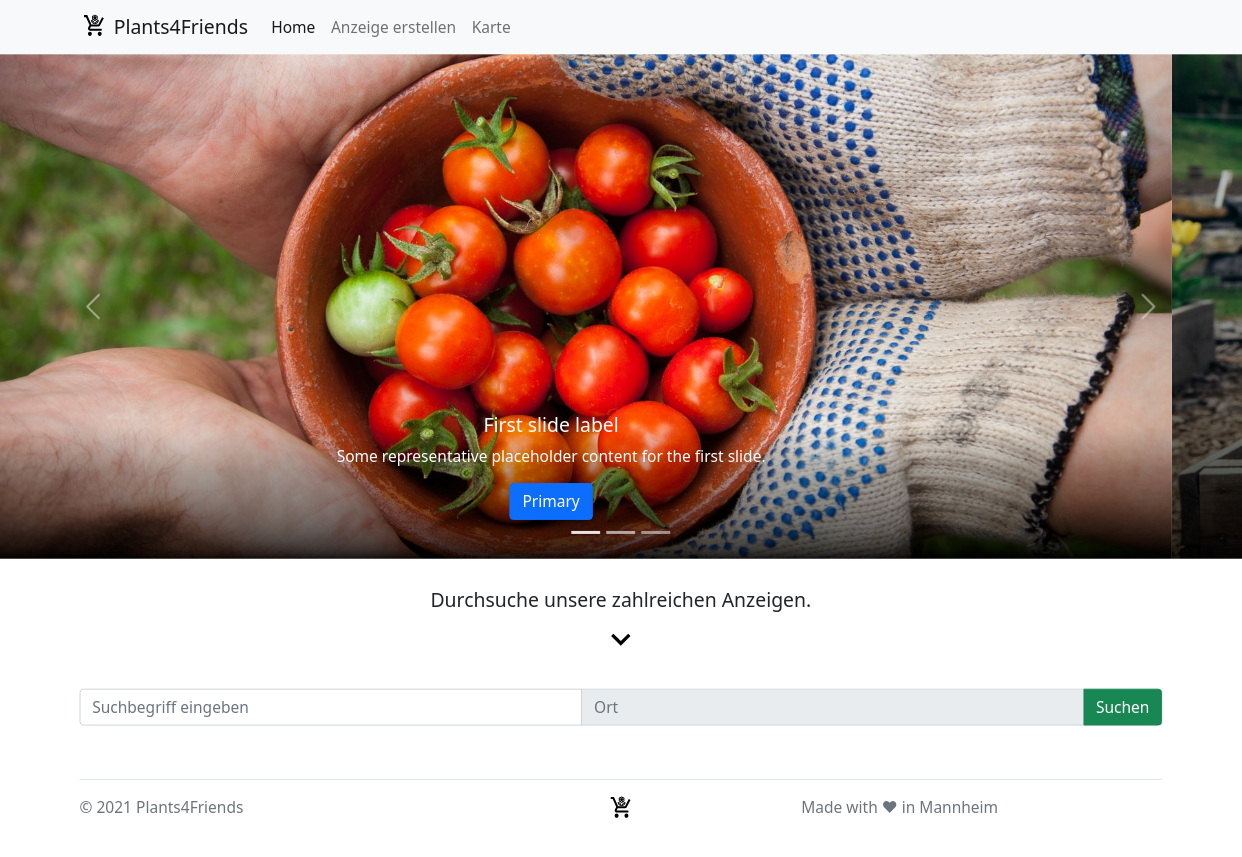
Repository: Carlson43/PlantsForFriends
Page: Website/index.html
An editor plug-in stored every save of this project. The page is shown before and after the next save, followed by the edit.
The browser window is 1280 px wide. The pictures show the whole page, at 97% of full size.

Above is the page before, as saved 2022-01-13 12:51:52.

### Website/index.html
<!doctype html>
<html lang="en">
  <head>
      <!-- Required meta tags -->
      <meta charset="utf-8">
      <meta name="viewport" content="width=device-width, initial-scale=1">

      <!-- Referencing Backend -->
      <script src="https://code.jquery.com/jquery-3.6.0.js"> </script>
      <script src="./Backend.js"> </script>

      <!-- Bootstrap CSS -->
      <link href="https://cdn.jsdelivr.net/npm/bootstrap@5.1.3/dist/css/bootstrap.min.css" rel="stylesheet" integrity="sha384-1BmE4kWBq78iYhFldvKuhfTAU6auU8tT94WrHftjDbrCEXSU1oBoqyl2QvZ6jIW3" crossorigin="anonymous">

      <!-- Custom Carousel CSS -->
      <style>
        .img-responsive {
        max-width: 100%; /* or to whatever you want here */
        max-height: auto; /* or to whatever you want here */
      }
      </style>

      <!-- Custom Divider CSS -->
      <link rel="stylesheet" href="divider.css">

    <title>Welcome @ Plants4Friends</title>

    <!-- Favicon -->
    <link rel="icon" type="image/x-icon" href="./Design-Ressourcen/flower.svg">
  </head>

  <body>
    <!-- Navbar -->
    <nav class="navbar navbar-expand-lg navbar-light bg-light">
        <div class="container fluid">
            <!-- Navabr Logo and Brandname -->
            <a class="navbar-brand" href="#">
                <img src="./Design-Ressourcen/logo.svg" alt="" width="30" height="24" class="d-inline-block align-text-top">
                Plants4Friends
            </a>
            <!-- Toggler for Expandsion -->
            <button class="navbar-toggler" type="button" data-bs-toggle="collapse" data-bs-target="#navbarNav" aria-controls="navbarNav" aria-expanded="false" aria-label="Toggle navigation">
                <span class="navbar-toggler-icon"></span>
            </button>
            <!-- Navigation Links -->
            <div class="collapse navbar-collapse" id="navbarNav">
                <div class="navbar-nav">
                    <a class="nav-link active" aria-current="page" href="index.html">Home</a>
                    <a class="nav-link" href="./create.html">Anzeige erstellen</a>
                    <a class="nav-link" href="./map.html">Karte</a>
                </div>
            </div>
        </div>
    </nav>

    <!-- Carousel -->
    <div id="carouselExampleCaptions" class="carousel slide" data-bs-ride="carousel">
        <!-- Slide Indicators -->
        <div class="carousel-indicators">
          <button type="button" data-bs-target="#carouselExampleCaptions" data-bs-slide-to="0" class="active" aria-current="true" aria-label="Slide 1"></button>
          <button type="button" data-bs-target="#carouselExampleCaptions" data-bs-slide-to="1" aria-label="Slide 2"></button>
          <button type="button" data-bs-target="#carouselExampleCaptions" data-bs-slide-to="2" aria-label="Slide 3"></button>
        </div>
        <!-- Carousel Slide Content -->
        <div class="carousel-inner">
          <!-- First Slide (starts with an active state) -->
          <div class="carousel-item active">
            <img src="./Design-Ressourcen/Bilder/carousel02-cut.jpg" class="img-responsive" alt="...">
            <!-- Text / Content Box -->
            <div class="carousel-caption d-none d-sm-block">
                <h5>First slide label</h5>
                <p>Some representative placeholder content for the first slide.</p>
                <button type="button" class="btn btn-primary">Primary</button>
            </div>
          </div>
          <!-- Second Slide -->
          <div class="carousel-item">
            <img src="./Design-Ressourcen/Bilder/carousel03-cut.jpg" class="d-block w-100" alt="...">
            <!-- Text / Content Box -->
            <div class="carousel-caption d-none d-sm-block">
                <h5>Second slide label</h5>
                <p>Some representative placeholder content for the second slide.</p>
                <button type="button" class="btn btn-outline-light">Light</button>
            </div>
          </div>
          <!-- Third Slide -->
          <div class="carousel-item">
            <img src="./Design-Ressourcen/Bilder/carousel04-cut.jpg" class="d-block w-100" alt="...">
            <!-- Text / Content Box -->
            <div class="carousel-caption d-none d-sm-block">
                <h5>Third slide label</h5>
                <p>Some representative placeholder content for the third slide.</p>
                <button type="button" class="btn btn-light">Light</button>
            </div>
          </div>
        </div>
        <!-- Left Button for previous Slide -->
        <button class="carousel-control-prev" type="button" data-bs-target="#carouselExampleCaptions" data-bs-slide="prev">
          <span class="carousel-control-prev-icon" aria-hidden="true"></span>
          <span class="visually-hidden">Previous</span>
        </button>
        <!-- Right Button for next Slide -->
        <button class="carousel-control-next" type="button" data-bs-target="#carouselExampleCaptions" data-bs-slide="next">
          <span class="carousel-control-next-icon" aria-hidden="true"></span>
          <span class="visually-hidden">Next</span>
        </button>
    </div>

    <div class="h-divider"></div>

    <!-- Small Text -->
    <div class="container-md text-center">
      <h5>Durchsuche unsere zahlreichen Anzeigen.</h5>
      <img src="./Design-Ressourcen/expand_more.svg" class="mx-auto d-block" alt="" style="height: 40px" >
    </div>

    <div class="h-divider"></div>

    <!-- Alert -->
    <div class="alert alert-info"  role="alert" id = "alert" hidden>
      <p class="text-center">
       <i class="fa fa-exclamation-triangle" aria-hidden="true"></i>Einen Moment bitte, Sie werden weitergeleitet.
      </p>
  </div>

  <div class="alert alert-warning"  role="alert" id = "not_found" color = red hidden>
    <p class="text-center">
     <i class="fa fa-exclamation-triangle" aria-hidden="true"></i>Ihre Suche hat leider keine Ergebnisse ergeben.
    </p>
</div>


    <!-- Input / Search Group -->
      <div class="container-md">
        <div class="input-group">
          <!-- General Search Input -->
          <input type="text" placeholder="Suchbegriff eingeben" aria-label="search_term" id="search_term" class="form-control">
          <!-- Location Search Input - Diabled due to no working implementation -->
          <input type="text" placeholder="Ort" aria-label="search_loc" id="search_loc" class="form-control" disabled>
          <!-- Search Button -->
          <button onclick= "search_and_display();" class="btn btn-success" type="button" id="search_btn">Suchen</button>
        </div>
    </div>

    <div class="h-divider"></div>


    <!-- Container Layout Demo -->
    <div class="container-md">
        <div class="row">
          <div class="col">
                <!-- Card Element 1-->
                <div class="card" style="width: 18rem;" id = "Card0" hidden>
                  <!-- Heading image -->
                  <img src="./Design-Ressourcen/Bilder/carrots.jpg" class="card-img-top" alt="...">
                  <div class="card-body">
                      <h5 class="card-title" id = "Card0title">Überschrift</h5>
                      <h5 class="card-title" id = "Card0key" hidden>f</h5>
                      <h6 class="card-subtitle mb-2 text-muted" id = "Card0price">Preis in €</h6>
                      <h6 class="card-subtitle mb-2 text-muted" id = "Card0contact">Kontaktmöglichkeit</h6>
                      <p class="card-text" id = "Card0text">Die Beschreibung der Anzeige soll hier dann erscheinen. Vielleicht ist die Größe aber ein Limit. Naja, das lässt sich bestimmt irgendiwe Lösen</p>
                       <!-- Detail Button -->
                      <a  class="btn btn-primary" onclick = "alert();addKey0();setTimeout(myURL, 4000);">Details ></a>
                  </div>
                </div>
          </div>
          <div class="col">
            <!-- Card Element 2-->
            <div class="card" style="width: 18rem;" id = "Card1" hidden>
              <!-- Heading image -->
              <img src="./Design-Ressourcen/Bilder/carrots.jpg" class="card-img-top" alt="...">
              <div class="card-body">
                  <h5 class="card-title" id = "Card1title">Überschrift</h5>
                  <h5 class="card-title" id = "Card1key" hidden>f</h5>
                  <h6 class="card-subtitle mb-2 text-muted" id = "Card1price">Preis in €</h6>
                  <h6 class="card-subtitle mb-2 text-muted" id = "Card1contact">Kontaktmöglichkeit</h6>
                  <p class="card-text" id = "Card1text">Die Beschreibung der Anzeige soll hier dann erscheinen. Vielleicht ist die Größe aber ein Limit. Naja, das lässt sich bestimmt irgendiwe Lösen</p>
                  <!-- Detail Button -->
                  <a class="btn btn-primary" onclick = "alert();addKey1();setTimeout(myURL, 4000);">Details ></a>
              </div>
            </div>
          </div>
          <div class="col">
            <!-- Card Element 3-->
            <div class="card" style="width: 18rem;" id = "Card2" hidden>
              <!-- Heading image -->
              <img src="./Design-Ressourcen/Bilder/carrots.jpg" class="card-img-top" alt="...">
              <div class="card-body">
                  <h5 class="card-title" id = "Card2title">Überschrift</h5>
                  <h5 class="card-title" id = "Card2key" hidden>f</h5>
                  <h6 class="card-subtitle mb-2 text-muted" id = "Card2price">Preis in €</h6>
                  <h6 class="card-subtitle mb-2 text-muted" id = "Card2contact">Kontaktmöglichkeit</h6>
                  <p class="card-text" id = "Card2text">Die Beschreibung der Anzeige soll hier dann erscheinen. Vielleicht ist die Größe aber ein Limit. Naja, das lässt sich bestimmt irgendiwe Lösen</p>
                  <!-- Detail Button -->
                  <a class="btn btn-primary" onclick = "alert();addKey2();setTimeout(myURL, 4000);">Details ></a>
              </div>
            </div>
          </div>
        </div>
        <div class="row">
          <div class="col">
                <!-- Card Element 4-->
                <div class="card" style="width: 18rem;" id = "Card3" hidden>
                  <!-- Heading image -->
                  <img src="./Design-Ressourcen/Bilder/carrots.jpg" class="card-img-top" alt="...">
                  <div class="card-body">
                      <h5 class="card-title" id = "Card3title">Überschrift</h5>
                      <h5 class="card-title" id = "Card3key" hidden></h5>
                      <h6 class="card-subtitle mb-2 text-muted" id = "Card3price">Preis in €</h6>
                      <h6 class="card-subtitle mb-2 text-muted" id = "Card3contact">Kontaktmöglichkeit</h6>
                      <p class="card-text" id = "Card3text">Die Beschreibung der Anzeige soll hier dann erscheinen. Vielleicht ist die Größe aber ein Limit. Naja, das lässt sich bestimmt irgendiwe Lösen</p>
                      <!-- Detail Button -->
                      <a  class="btn btn-primary" onclick = "alert();addKey3();setTimeout(myURL, 4000);">Details ></a>
                  </div>
                </div>
          </div>
          <div class="col">
            <!-- Card Element 5-->
            <div class="card" style="width: 18rem;" id = "Card4" hidden>
              <!-- Heading image -->
              <img src="./Design-Ressourcen/Bilder/carrots.jpg" class="card-img-top" alt="...">
              <div class="card-body">
                  <h5 class="card-title" id = "Card4title">Überschrift</h5>
                  <h5 class="card-title" id = "Card4key" hidden></h5>
                  <h6 class="card-subtitle mb-2 text-muted" id = "Card4price">Preis in €</h6>
                  <h6 class="card-subtitle mb-2 text-muted" id = "Card4contact">Kontaktmöglichkeit</h6>
                  <p class="card-text" id = "Card4text">Die Beschreibung der Anzeige soll hier dann erscheinen. Vielleicht ist die Größe aber ein Limit. Naja, das lässt sich bestimmt irgendiwe Lösen</p>
                  <!-- Detail Button -->
                  <a class="btn btn-primary" onclick = "alert();addKey4();setTimeout(myURL, 4000);">Details ></a>
              </div>
            </div>
          </div>
          <div class="col">
            <!-- Card Element 6-->
            <div class="card" style="width: 18rem;" id = "Card5" hidden>
              <!-- Heading image -->
              <img src="./Design-Ressourcen/Bilder/carrots.jpg" class="card-img-top" alt="...">
              <div class="card-body">
                  <h5 class="card-title" id = "Card0title">Überschrift</h5>
                  <h5 class="card-title" id = "Card5key" hidden></h5>
                  <h6 class="card-subtitle mb-2 text-muted" id = "Card5price">Preis in €</h6>
                  <h6 class="card-subtitle mb-2 text-muted" id = "Card5contact">Kontaktmöglichkeit</h6>
                  <p class="card-text" id = "Card5text">Die Beschreibung der Anzeige soll hier dann erscheinen. Vielleicht ist die Größe aber ein Limit. Naja, das lässt sich bestimmt irgendiwe Lösen</p>
                  <!-- Detail Button -->
                  <a class="btn btn-primary" onclick = "alert();addKey5();setTimeout(myURL, 4000);">Details ></a>
              </div>
            </div>
          </div>
        </div>
        <div class="row">
          <div class="col">
                <!-- Card Element 7-->
                <div class="card" style="width: 18rem;" id = "Card6" hidden>
                  <!-- Heading image -->
                  <img src="./Design-Ressourcen/Bilder/carrots.jpg" class="card-img-top" alt="...">
                  <div class="card-body">
                      <h5 class="card-title" id = "Card6title">Überschrift</h5>
                      <h5 class="card-title" id = "Card6key" hidden></h5>
                      <h6 class="card-subtitle mb-2 text-muted" id = "Card6price">Preis in €</h6>
                      <h6 class="card-subtitle mb-2 text-muted" id = "Card6contact">Kontaktmöglichkeit</h6>
                      <p class="card-text" id = "Card6text">Die Beschreibung der Anzeige soll hier dann erscheinen. Vielleicht ist die Größe aber ein Limit. Naja, das lässt sich bestimmt irgendiwe Lösen</p>
                      <!-- Detail Button -->
                      <a  class="btn btn-primary" onclick = "alert();addKey6();setTimeout(myURL, 4000);">Details ></a>
                  </div>
                </div>
          </div>
          <div class="col">
            <!-- Card Element 8-->
            <div class="card" style="width: 18rem;" id = "Card7" hidden>
              <!-- Heading image -->
              <img src="./Design-Ressourcen/Bilder/carrots.jpg" class="card-img-top" alt="...">
              <div class="card-body">
                  <h5 class="card-title" id = "Card7title">Überschrift</h5>
                  <h5 class="card-title" id = "Card7key" hidden></h5>
                  <h6 class="card-subtitle mb-2 text-muted" id = "Card7price">Preis in €</h6>
                  <h6 class="card-subtitle mb-2 text-muted" id = "Card7contact">Kontaktmöglichkeit</h6>
                  <p class="card-text" id = "Card7text">Die Beschreibung der Anzeige soll hier dann erscheinen. Vielleicht ist die Größe aber ein Limit. Naja, das lässt sich bestimmt irgendiwe Lösen</p>
                  <!-- Detail Button -->
                  <a class="btn btn-primary" onclick = "alert();addKey7();setTimeout(myURL, 4000);">Details ></a>
              </div>
            </div>
          </div>
          <div class="col">
            <!-- Card Element 9 -->
            <div class="card" style="width: 18rem;" id = "Card8" hidden>
              <!-- Heading image -->
              <img src="./Design-Ressourcen/Bilder/carrots.jpg" class="card-img-top" alt="...">
              <div class="card-body">
                  <h5 class="card-title" id = "Card8title">Überschrift</h5>
                  <h5 class="card-title" id = "Card8key" hidden></h5>
                  <h6 class="card-subtitle mb-2 text-muted" id = "Card8price">Preis in €</h6>
                  <h6 class="card-subtitle mb-2 text-muted" id = "Card8contact">Kontaktmöglichkeit</h6>
                  <p class="card-text" id = "Card8text">Die Beschreibung der Anzeige soll hier dann erscheinen. Vielleicht ist die Größe aber ein Limit. Naja, das lässt sich bestimmt irgendiwe Lösen</p>
                  <!-- Detail Button -->
                  <a class="btn btn-primary" onclick = "alert();addKey8();setTimeout(myURL, 4000);">Details ></a>
              </div>
            </div>
          </div>
        </div>
    </div>


    <!-- Footer -->
    <div class="container">
      <footer class="d-flex flex-wrap justify-content-between align-items-center py-3 my-4 border-top">
        <p class="col-md-4 mb-0 text-muted">© 2021 Plants4Friends</p>

        <!-- Footer Logo -->
        <a href="index.html" class="col-md-4 d-flex align-items-center justify-content-center mb-3 mb-md-0 me-md-auto link-dark text-decoration-none">
          <img src="./Design-Ressourcen/logo.svg" alt="" width="30" height="24" class="d-inline-block align-text-top">
        </a>

        <p class="col-md-4 mb-0 text-muted">Made with ❤ in Mannheim</p>
      </footer>
    </div>

    <!--Bootstrap JS-->
    <script src="https://cdn.jsdelivr.net/npm/bootstrap@5.1.3/dist/js/bootstrap.bundle.min.js" integrity="sha384-ka7Sk0Gln4gmtz2MlQnikT1wXgYsOg+OMhuP+IlRH9sENBO0LRn5q+8nbTov4+1p" crossorigin="anonymous"></script>

  </body>

<script>

</script>

</html>

### Website/divider.css

.h-divider{
    margin-top:15px;
    margin-bottom:15px;
    height:1px;
    width:100%;
    /* border-top:1px solid gray; */
}

Loaded but not shown: Website/Backend.js (323 lines, source omitted)

After the next save:
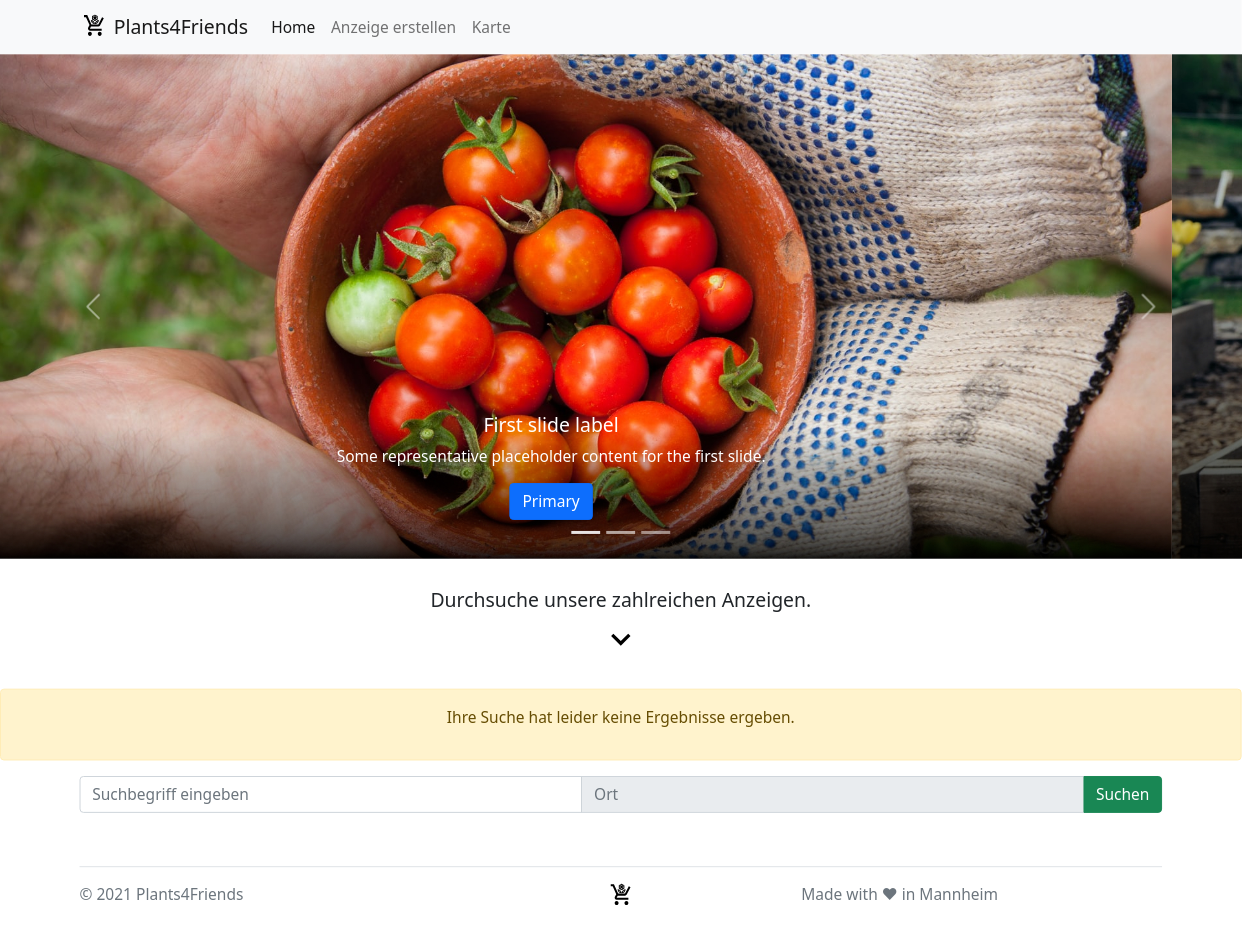
Saved 93 s later.
--- a/Website/index.html
+++ b/Website/index.html
@@ -123,7 +123,7 @@
       </p>
   </div>
 
-  <div class="alert alert-warning"  role="alert" id = "not_found" color = red hidden>
+  <div class="alert alert-warning"  role="alert" id = "not_found"  >
     <p class="text-center">
      <i class="fa fa-exclamation-triangle" aria-hidden="true"></i>Ihre Suche hat leider keine Ergebnisse ergeben.
     </p>

After the save that followed:
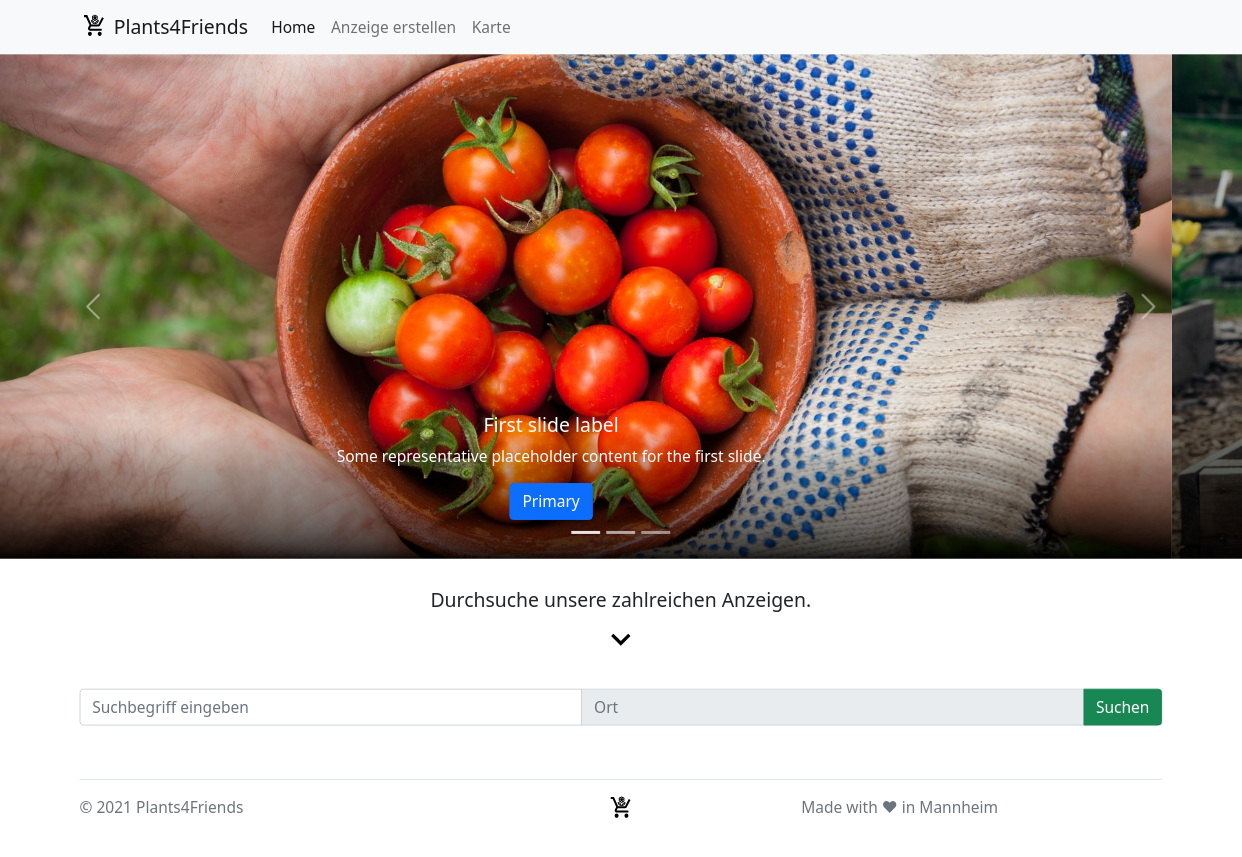
Saved 6 s later.
--- a/Website/index.html
+++ b/Website/index.html
@@ -123,7 +123,7 @@
       </p>
   </div>
 
-  <div class="alert alert-warning"  role="alert" id = "not_found"  >
+  <div class="alert alert-warning"  role="alert" id = "not_found"  hidden>
     <p class="text-center">
      <i class="fa fa-exclamation-triangle" aria-hidden="true"></i>Ihre Suche hat leider keine Ergebnisse ergeben.
     </p>
